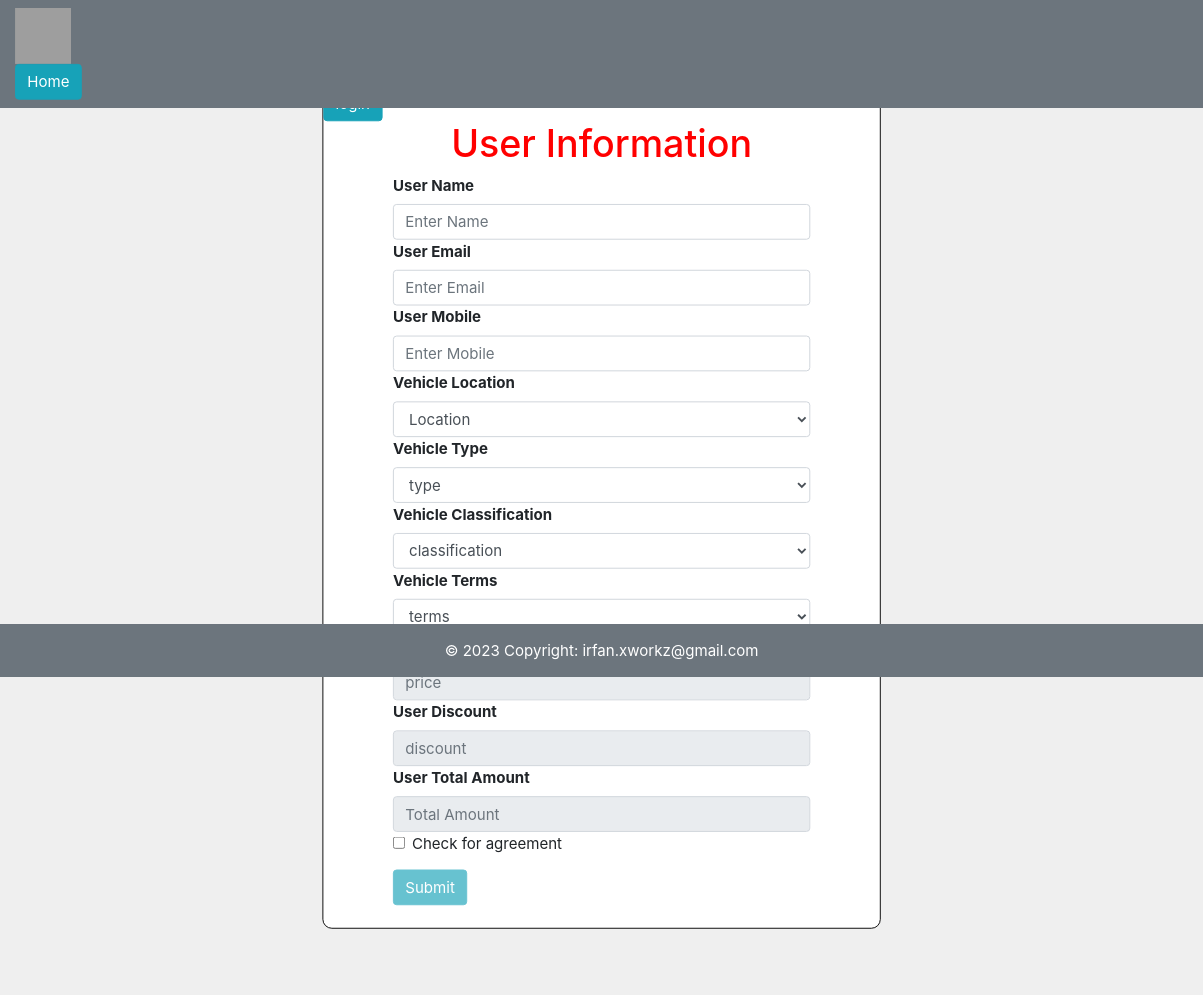
Repository: irfanxworkz/Project
Page: http://localhost/parking/UserInfo.jsp
An editor plug-in stored every save of this project. The page is shown before and after the next save, followed by the edit.
The browser window is 1280 px wide. The pictures show the whole page, at 94% of full size.
Pictures or frames that could not be fetched are drawn as grey boxes. The page is served by Tomcat 9. Other server files are loaded and not shown.

Above is the page before, as saved 2023-07-09 21:36:04.

### parking/src/main/webapp/UserInfo.jsp
<%@ page language="java" contentType="text/html; charset=UTF-8"
    pageEncoding="UTF-8"%>
<!DOCTYPE html >
<html>
<head>
<meta charset="UTF-8">
<title>User-Page</title>

<!-- Link of JQuery cdn -->
    <script src= "https://ajax.googleapis.com/ajax/libs/jquery/3.5.1/jquery.min.js"> </script>
<!-- Checkbox disable or enable -->
<script>
	$(document).ready(function () {
		  $('#myCheckbox').click(function () {
		    $('#myButton').prop("disabled", !$("#myCheckbox").prop("checked"));
		  })
		});

 	function validateFields() {
		var location=document.getElementById("location").value;
		var type=document.getElementById("type").value;
		var classification=document.getElementById("classification").value;
		var terms=document.getElementById("terms").value;

		if(location=="" || location==null && type=="" || type==null && classification=="" || classification==null && terms=="" || terms==null){
			document.getElementById('validate').innerHTML="please fill the form";
			return false;
		}else{
			document.getElementBy('validate').innerHTML="";
			return true;
		}
	}

 	function EmailAjax(){
 		console.log("EmailAjax logged-in");
 		var email=document.getElementById("email").value;
 		var url="http://localhost:8080/parking/validateEmail/"+email;
 		console.log(url);
 		const xmlHttp=new XMLHttpRequest();
 		xmlHttp.open("GET", url);
 		xmlHttp.send();
 		xmlHttp.onload=function(){
 			console.log(this.responseText);
 			document.getElementById('display').innerHTML=this.responseText;
 			document.getElementById('here').innerHTML="";
 		}
 	}

 	function ajaxWithObj() {
 		console.log("ajaxWithObj logged-in")
 		var location=document.getElementById("location").value;
 		var type=document.getElementById("type").value;
 		var classification=document.getElementById("classification").value;
 		var terms=document.getElementById("terms").value;
 		var url="http://localhost:8080/parking/getPriceAndDiscount/"+location+"/"+type+"/"+classification+"/"+terms
 		console.log(url);
 		const xmlHttp=new XMLHttpRequest();
 		xmlHttp.open("GET", url);
 		xmlHttp.send();
 		xmlHttp.onload=function(){
 			document.getElementById("display").innerHTML = this.responseText;
 			console.log(this.responseText);
 			var obj=JSON.parse(this.responseText);
 			console.log(obj.price);
 			console.log(obj.discount);
 			document.getElementById("price").value=obj.price;
 			document.getElementById("discount").value=obj.discount;
 			var totalAmount=obj.price-((obj.price*obj.discount)/100);
 			console.log(totalAmount);
 			document.getElementById("totalAmount").value = totalAmount;
 		}
	}
 </script>
<!-- Link of Bootstrap cdn -->
<link rel="stylesheet"
	href="https://cdn.jsdelivr.net/npm/bootstrap@4.4.1/dist/css/bootstrap.min.css">
	<link rel="stylesheet" href="Parking.css">
</head>
<header>
	<div class="fixed-header">
		<nav class="navbar navbar-dark bg-secondary justify-content-between">
			<img src="https://w7.pngwing.com/pngs/974/17/png-transparent-car-park-parking-computer-icons-parking-text-rectangle-logo-thumbnail.png" alt="" width="60" height="60">
		    <a href="Home.jsp" class="btn btn-info" type="button" style="margin-right: 1150px;">Home</a>
		</nav>
	</div>
</header>
<body>

<div class="container">
	<form action="user" method="post" onsubmit="return validateFields()" style="background-color: white; margin-top: 10px;margin-bottom: 10px; margin-left: 200px; margin-right: 200px; border: 1px solid black; border-radius: 10px;">

	 	<span style="color: red;" id="display"></span><a id="here" href="UserLogin.jsp"> <input type="submit" value="login" class="btn btn-info"> </a>

		<h1 style="color: red; text-align: center;" >User Information</h1>
		<div class="container">
			<label for="name"><b>User Name</b></label>
			<input type="text" name="name" placeholder="Enter Name" class="form-control" required="required">
			<label for="email"><b>User Email</b></label>
			<input type="email" name="email" placeholder="Enter Email" class="form-control" onchange="EmailAjax()" id="email" required="required">
			<label for="mobile"><b>User Mobile</b></label>
			<input type="number" name="mobile" placeholder="Enter Mobile" class="form-control" required="required" >
			<label for="location"><b>Vehicle Location</b></label>
					<select name="location" class="form-control" id="location">
					<option value="">Location</option>
					<option value="Rajaji-Nagar">Rajaji-Nagar</option>
					<option value="kurubarahalli">Kurubarahalli</option>
					<option value="btm">BTM</option>
					</select>
			<label for="type"><b>Vehicle Type</b></label>
					<select name="type" class="form-control" id="type">
					<option value="">type</option>
					<option value="2 wheeler">2-Wheeler</option>
					<option value="4 wheeler">4-wheeler</option>
					</select>
			<label for="classification"><b>Vehicle Classification</b></label>
					<select name="classification" class="form-control" id="classification">
					<option value="">classification</option>
					<option value="bmw">BMW</option>
					<option value="dastun">Dastun</option>
					<option value="benz">Benz</option>
					<option value="bike">Bike</option>
					</select>
			<label for="terms"><b>Vehicle Terms</b></label>
					<select name="terms" class="form-control" onchange="ajaxWithObj()" id="terms">
					<option value="">terms</option>
					<option value="1-day">1-Day</option>
					<option value="7-day">7-Days</option>
					<option value="15-day">15-Days</option>
					<option value="30-day">30-Days</option>
					<option value="90-day">90-Days</option>
					<option value="180-day">180-Days</option>
					<option value="365-day">365-Days</option>
					</select>
			<label for="price"><b> User Price</b></label>
					<input type="text" name="price" class="form-control" placeholder="price" id="price" readonly="readonly">
			<label for="discount"><b>User Discount</b></label>
					<input type="text" name="discount" class="form-control" placeholder="discount" id="discount" readonly="readonly">
			<label for="totalAmount"><b>User Total Amount</b></label>
					<input type="text" name="totalAmount" class="form-control" placeholder="Total Amount" id="totalAmount" readonly="readonly">
			<div class="form-group form-check">
			    <input type="checkbox" class="form-check-input" id="myCheckbox">
			    <label class="form-check-label" for="myCheckbox">Check for agreement</label>
		 	</div>
	 			 <input type="submit" value="Submit" class="btn btn-info" id="myButton" disabled><br><br>
		</div>
	</form>
</div>
</body>
<div class="fixed-footer">
<footer class="bg-secondary text-white">
    <div class="text-center p-3" style="background-color: secondary;">
      © 2023 Copyright:
      <a class="text-white" href="https://irfan.xworkz@gmail.com/">irfan.xworkz@gmail.com</a>
    </div>
</footer>
</div>
</html>

### parking/src/main/webapp/Parking.css
@charset "UTF-8";



 /* Add some padding on document's body to prevent the content
    to go underneath the header and footer */
 	body{
        padding-top: 80px;
        padding-bottom: 60px;
        background-color: buttonface;
    }
    .container{
        width: 80%;
        margin: 0 auto; /* Center the DIV horizontally */
    }
    .fixed-header, .fixed-footer{
        width: 100%;
        position: fixed;

    }
    .fixed-header{
        top: 0;
    }
    .fixed-footer{
        bottom: 0;
    }


 /* using for table and body*/
 #customers {
  font-family: Arial, Helvetica, sans-serif;
  border-collapse: collapse;
  width: 100%;
}

#customers td, #customers th {
  border: 1px solid #ddd;
  padding: 8px;
}

#customers tr:nth-child(even){background-color: #f2f2f2;}

#customers tr:hover {background-color: #ddd;}

#customers th {
  padding-top: 12px;
  padding-bottom: 12px;
  text-align: left;
  background-color: #04AA6D;
  color: white;
}

After the next save:
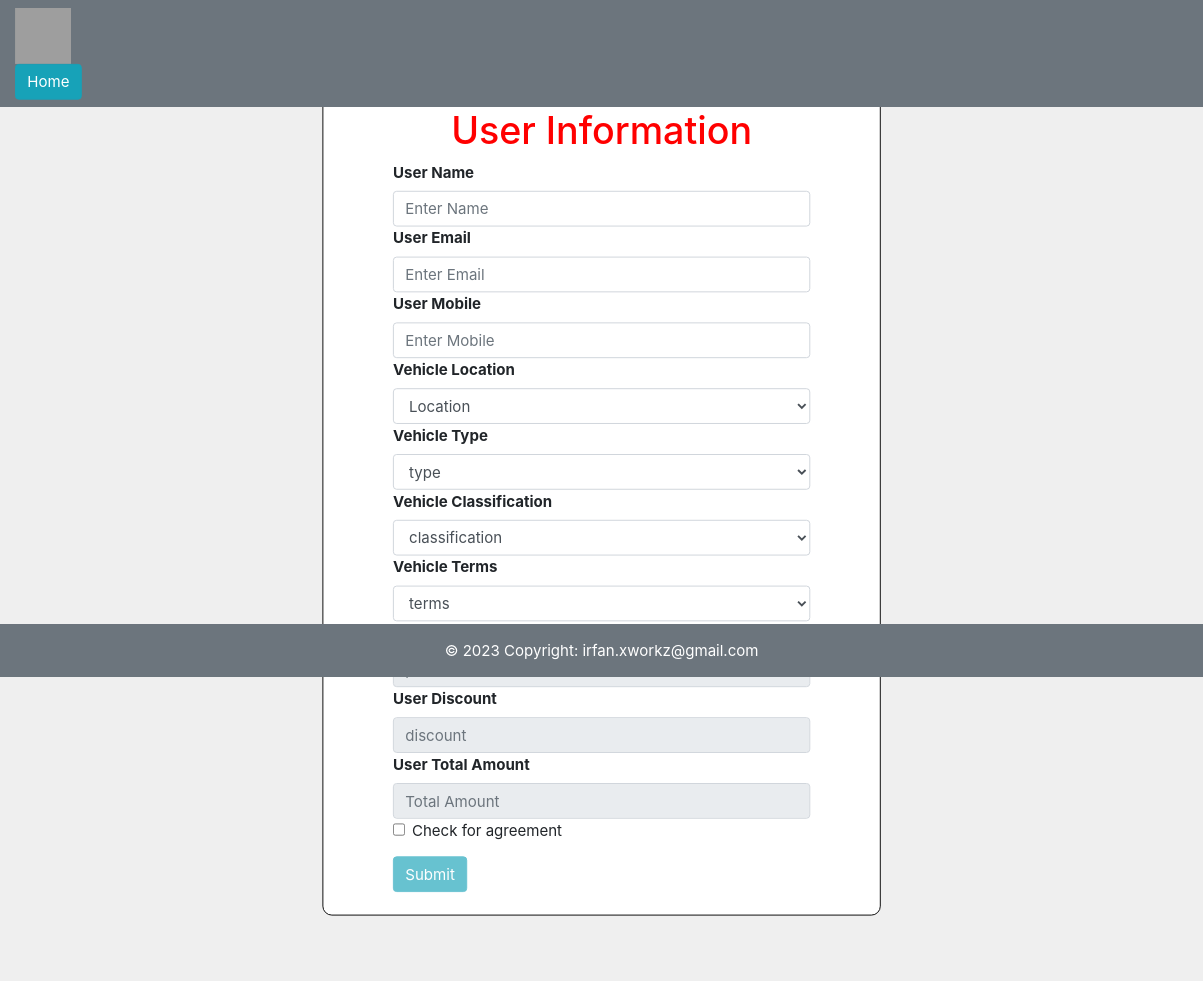
Saved 6 min 54 s later.
--- a/parking/src/main/webapp/UserInfo.jsp
+++ b/parking/src/main/webapp/UserInfo.jsp
@@ -89,7 +89,7 @@
 <div class="container">
 	<form action="user" method="post" onsubmit="return validateFields()" style="background-color: white; margin-top: 10px;margin-bottom: 10px; margin-left: 200px; margin-right: 200px; border: 1px solid black; border-radius: 10px;">
 
-	 	<span style="color: red;" id="display"></span><a id="here" href="UserLogin.jsp"> <input type="submit" value="login" class="btn btn-info"> </a>
+	 	<span style="color: red;" id="display"></span><a id="here" href="UserLogin.jsp"> Login </a>
 
 		<h1 style="color: red; text-align: center;" >User Information</h1>
 		<div class="container">
